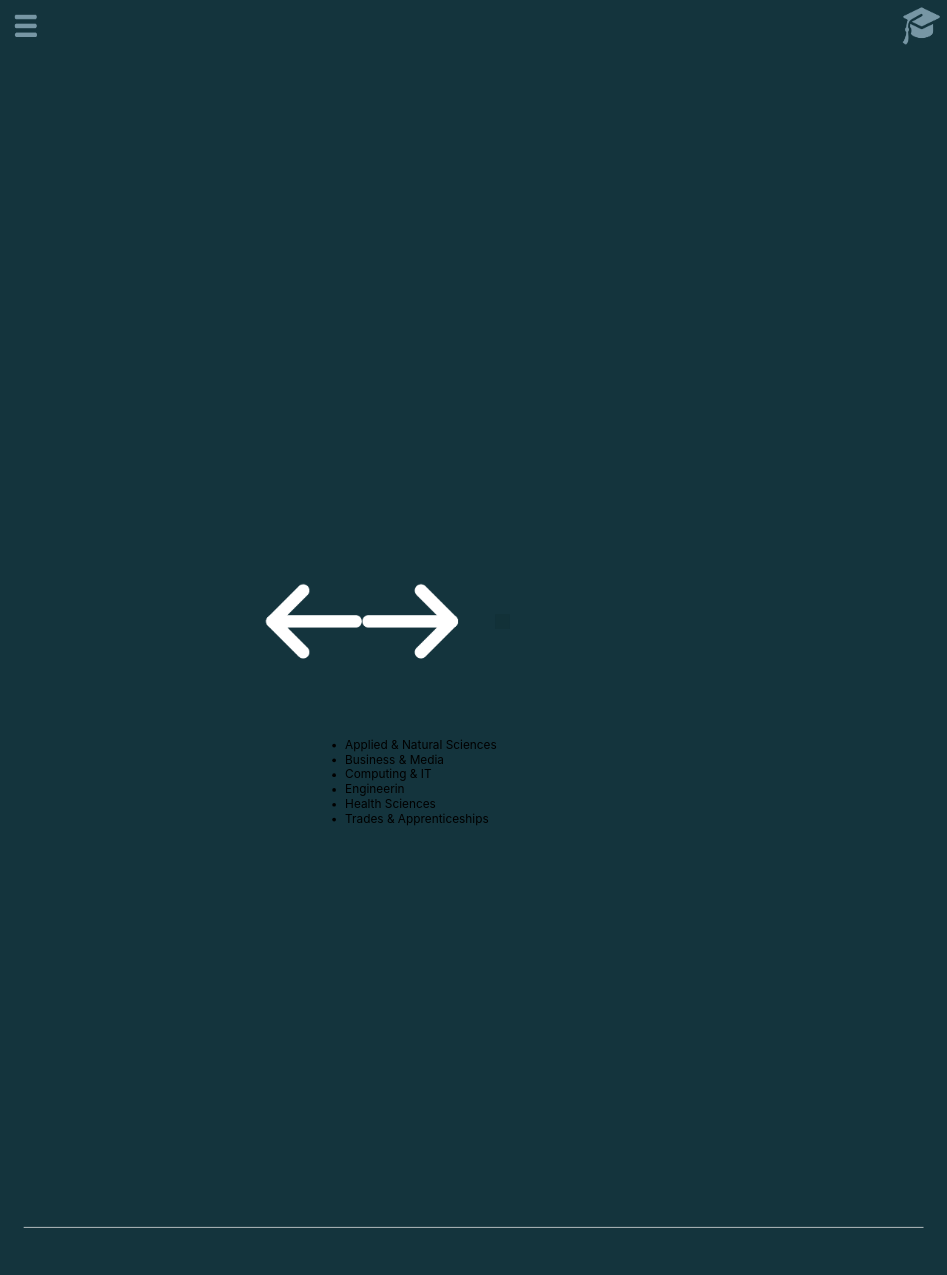
Repository: shaelorch/assignment-1-playwright-site-a01259464
Page: /about
The author's editor kept a copy of each file at every save. The page is drawn from the files as they stood at one save, then again after the next save.
The browser window is 1280 px wide. The pictures show the whole page, at 74% of full size.
The project was rebuilt for these pictures with package versions that can differ from the ones it lists, and the page was loaded fresh each time. The framework's server and built-in components were replaced by stand-ins that run in the browser. Also part of the build but not shown: next.config.js.

Above is the page before, as saved 2023-01-28 12:42:14.

### pages/_app.js
import '../styles/globals.css'
import '../styles/variables.css'

function MyApp({ Component, pageProps }) {
  return <Component {...pageProps} />
}

export default MyApp

### pages/about.js
import Head from 'next/head'
import Image from 'next/image'
import styles from '../styles/Home.module.css'
import Menu from '../components/menu'


export default function About() {
  return (
    <><Menu /><div className={styles.container}>
      <Head>
        <title>About Us</title>
        <meta name="author" content="MDIA 2109" />
        <meta property='og:title' content="Assignment #1 - About Us Page" />
        <meta property='og:description' content="BCIT Digital Design and Development Diploma" />
        <link rel="icon" href="/favicon.png" />


      </Head>

      <main className={styles.main}>

        <div>
          <h1></h1>
        </div>

        <div>
          <h1></h1>
        </div>

        <div>
          <p></p>
        </div>
        <div>
          <p></p>
        </div>
        <div>
          <p></p>
        </div>
        <div>
          <p></p>
        </div>
        <div>
          <p></p>
        </div>
        <div>
          <p></p>
        </div>
        <div>
          <p></p>
        </div>

        <div><h2></h2></div>
        <div><h2></h2></div>

        <div><h3></h3></div>

        <div id={styles.carouselImage}>
          <img src='/icons/leftArrow.png' />
          <img src='/icons/rightArrow.png' />

          <div id={styles.testOnImageHere}>

          </div>

        </div>





        <ul>
          <li>Applied & Natural Sciences</li>
          <li>Business & Media</li>
          <li>Computing & IT</li>
          <li>Engineerin</li>
          <li>Health Sciences</li>
          <li>Trades & Apprenticeships</li>
        </ul>

        <a>
          <span>
            <img />
          </span>
        </a>

        <a>
          <span>
            <img />
          </span>
        </a>




      </main>

      <footer className={styles.footer}>

      </footer>
    </div></>
  )
}

### styles/globals.css
::-webkit-scrollbar-track {
  background-color: var(--ternary-color);
}

::-webkit-scrollbar-thumb {
  background-color: var(--primary-color);
}

::-webkit-scrollbar-thumb:hover {
  background-color: var(--quaternary-color);
}

html,
body {
  padding: 0;
  margin: 0;
  font-family: -apple-system, BlinkMacSystemFont, Segoe UI, Roboto, Oxygen,
    Ubuntu, Cantarell, Fira Sans, Droid Sans, Helvetica Neue, sans-serif;
}

a {
  color: inherit;
  text-decoration: none;
}

* {
  box-sizing: border-box;
}

@media (prefers-color-scheme: dark) {
  html {
    color-scheme: dark;
  }
  body {
    color: white;
    background: ;
  }
}

@media only screen and (min-width: 1000px) {
  /* For Desktop */

}

@media only screen and (min-width:600px) {
  /* For Tablet */

}

@media only screen and (max-width: 600px) {
  /* For Mobile */

}

### styles/variables.css
:root {
    --primary-color: #fff;
    --secondary-color: #F4D6B9;
    --ternary-color: #7796A4;
    --quaternary-color: #14343D;
    --quinary-color: rgba(16, 46, 53, 0.5);
}

### styles/Home.module.css


.container {
  padding: 0 2rem;
  background-color: var(--quaternary-color);

}

.solid {
  border-top: 4px solid var(--secondary-color);
  border-bottom: 0px;
  width:75%;
  margin-left:0;
  border-radius: 3px;;

}

.homeContainer {
  padding: 0 2rem;
  background-image: url('/background-images/backgroundMountain.jpg');
  background-repeat: no-repeat;
  background-size: cover;

}

.main {
  min-height: 100vh;
  padding: 40% 0;
  margin-left: 25%;
  margin-right: 40%;
  flex: 1;
  display: flex;
  flex-direction: column;
  justify-content: left;
  align-items: center;
  background-color: transparent;


}


#carouselImage {
  height: 200px;
  background-repeat: no-repeat;
  background-size: cover;
  display:flex;
  justify-content: center;
  align-items: center;
  margin: 40px 0px;

}

#testOnImageHere {
  background-color: rgba(16, 46, 53, 0.5);
  padding: 10px;
  margin: 0px 50px;

}

.footer {
  display: flex;
  flex: 1;
  padding: 2rem 0;
  border-top: 1px solid #eaeaea;
  justify-content: center;
  align-items: center;
  background-color: transparent;
}

.footer a {
  display: flex;
  justify-content: center;
  align-items: center;
  flex-grow: 1;
}

.title a {
  color: #0070f3;
  text-decoration: none;
}

.title a:hover,
.title a:focus,
.title a:active {
  text-decoration: underline;
}

.title {
  margin: 0;
  line-height: 1.15;
  font-size: 4rem;
}

.title,
.description {
  text-align: center;
}

.description {
  margin: 4rem 0;
  line-height: 1.5;
  font-size: 1.5rem;
}

.code {
  background: #fafafa;
  border-radius: 5px;
  padding: 0.75rem;
  font-size: 1.1rem;
  font-family: Menlo, Monaco, Lucida Console, Liberation Mono, DejaVu Sans Mono,
    Bitstream Vera Sans Mono, Courier New, monospace;
}

.grid {
  display: flex;
  align-items: center;
  justify-content: center;
  flex-wrap: wrap;
  max-width: 800px;
}

.card {
  margin: 1rem;
  padding: 1.5rem;
  text-align: left;
  color: inherit;
  text-decoration: none;
  border: 1px solid #eaeaea;
  border-radius: 10px;
  transition: color 0.15s ease, border-color 0.15s ease;
  max-width: 300px;
}

.card:hover,
.card:focus,
.card:active {
  color: #0070f3;
  border-color: #0070f3;
}

.card h2 {
  margin: 0 0 1rem 0;
  font-size: 1.5rem;
}

.card p {
  margin: 0;
  font-size: 1.25rem;
  line-height: 1.5;
}

.logo {
  height: 1em;
  margin-left: 0.5rem;
}

@media (max-width: 600px) {
  .grid {
    width: 100%;
    flex-direction: column;
  }
}

@media (prefers-color-scheme: dark) {
  .card,
  .footer {
    border-color: #222;
  }
  .code {
    background: #111;
  }
  .logo img {
    filter: invert(1);
  }
}

### components/menu.js
import styles from '../styles/Home.module.css'
import Link from 'next/link'
import { useState } from 'react'



export default function Menu() {

    const [showMenu, setShowMenu] = useState(false);


    const handleClickMenu = () => {
        setShowMenu(current => !current);
    }


    return <><div style={{ display: 'flex', width: '100%', justifyContent:'space-between', position:'fixed' }}>
        <img src="/icons/menu-icon.png" onClick={handleClickMenu} style={{ display:'flex', height: 30, width: 30, top: 0, left: 0, margin: 20 }} />
        <img src="/icons/graduation-hat.png" style={{ height: 50, width: 50, margin:10 }} />
    </div>
    <div style={{ display: showMenu ? 'flex' : 'none', position:'fixed', top:50, left:20}}>
            <img src='/background-images/menuBackground.png' style={{height:250, width:250, position:'absolute', top:-50, left:-20}}/>

            <h1 onClick={handleClickMenu} style={{zIndex:2}}>X</h1>
            <ul style={{ display: 'flex', flexDirection: 'column', zIndex:1}}>
                <a href='/'>Home</a>
                <a href='/about'>About</a>
                <a href='/contact'>Contact</a>
            </ul>



        </div></>







}

After the next save:
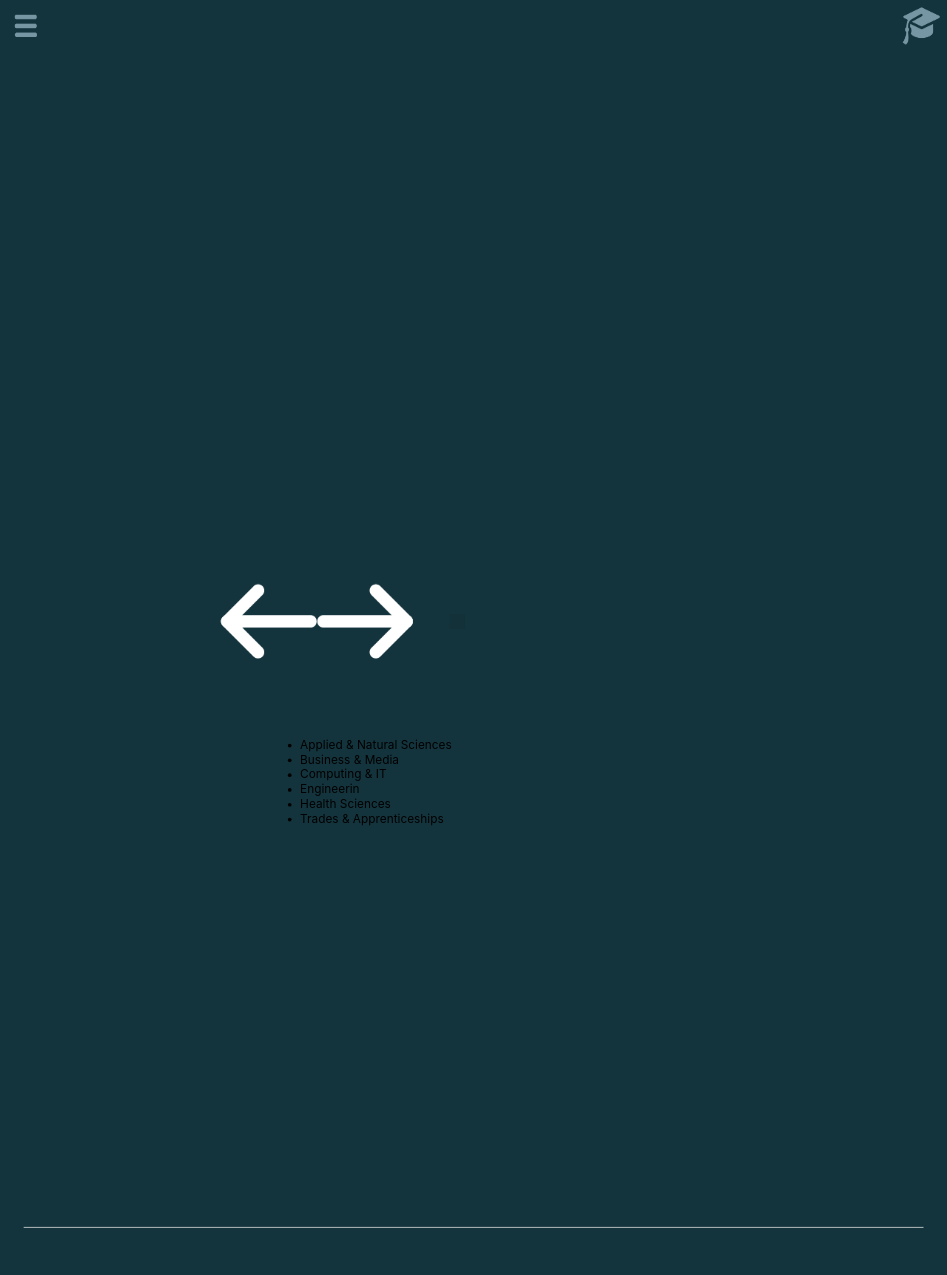
Saved 14 s later.
--- a/styles/Home.module.css
+++ b/styles/Home.module.css
@@ -27,7 +27,7 @@
   min-height: 100vh;
   padding: 40% 0;
   margin-left: 25%;
-  margin-right: 40%;
+  margin-right: 50%;
   flex: 1;
   display: flex;
   flex-direction: column;
